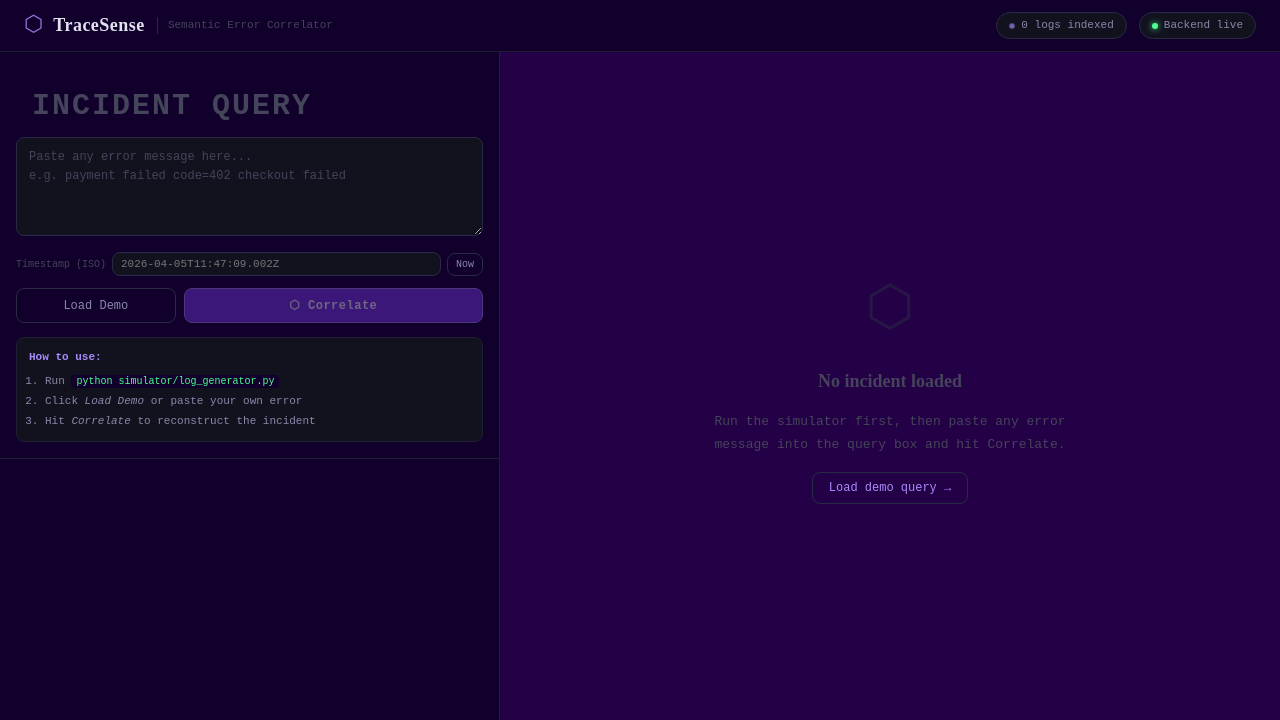
Repository: SaranyaM15/AI_Engineer_Journey
Page: / (app in tracesense/frontend/)
These files come from the project's save history. The page is drawn as it stood at one moment and after the next save; the edit follows.
The browser window is 1280 px wide. The pictures show the whole page.
The page's requests for data from a server got no answer. Some web fonts or font styles are not loaded; a fallback is used. The project was rebuilt for these pictures with package versions that can differ from the ones it lists, and the page was loaded fresh each time. No one was signed in, and anything a server would have sent is missing. Also part of the build but not shown: tracesense/frontend/vite.config.js, tracesense/frontend/src/components/Timeline.jsx, tracesense/frontend/src/components/LogFeed.jsx.

Above is the page before, as saved 2026-04-05 18:51:04.

After the next save:
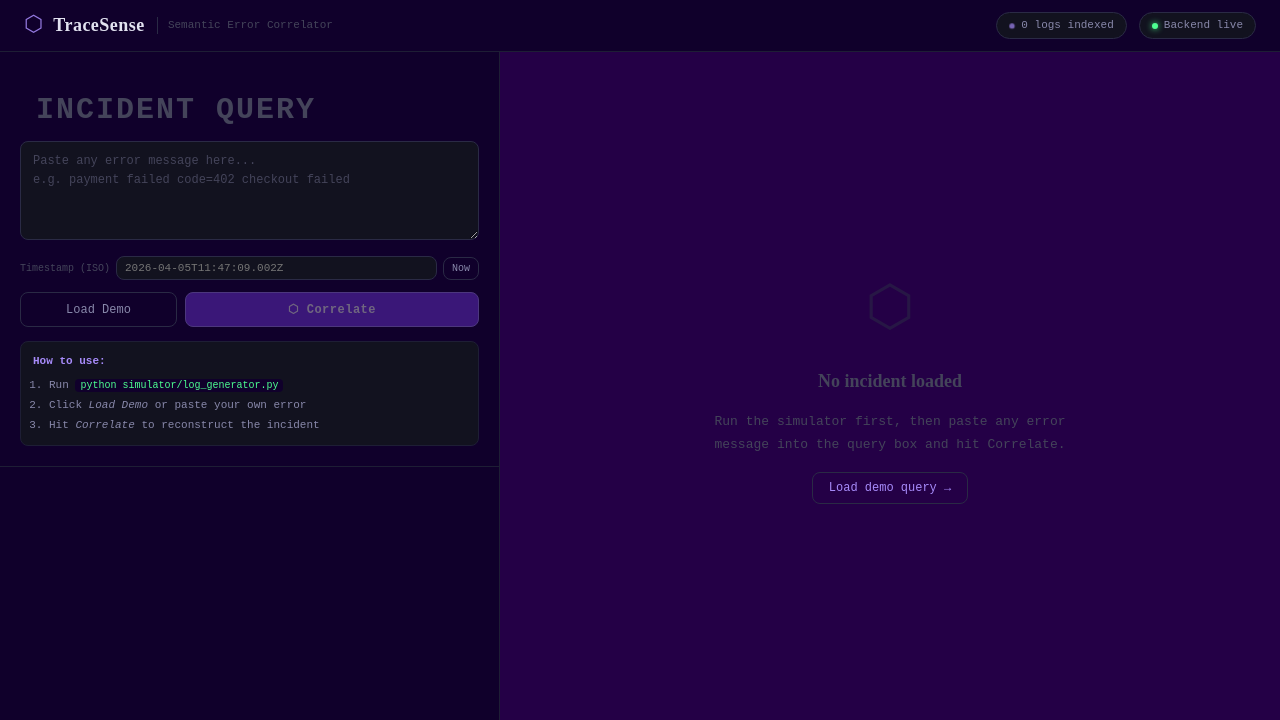
Saved 38 s later.
--- a/tracesense/frontend/src/App.css
+++ b/tracesense/frontend/src/App.css
@@ -170,7 +170,7 @@ body {
 
 /* ── Query Panel ── */
 .query-panel {
-  padding:     16px;
+  padding:     20px;
   border-bottom: 1px solid var(--border);
   flex-shrink: 0;
 }
